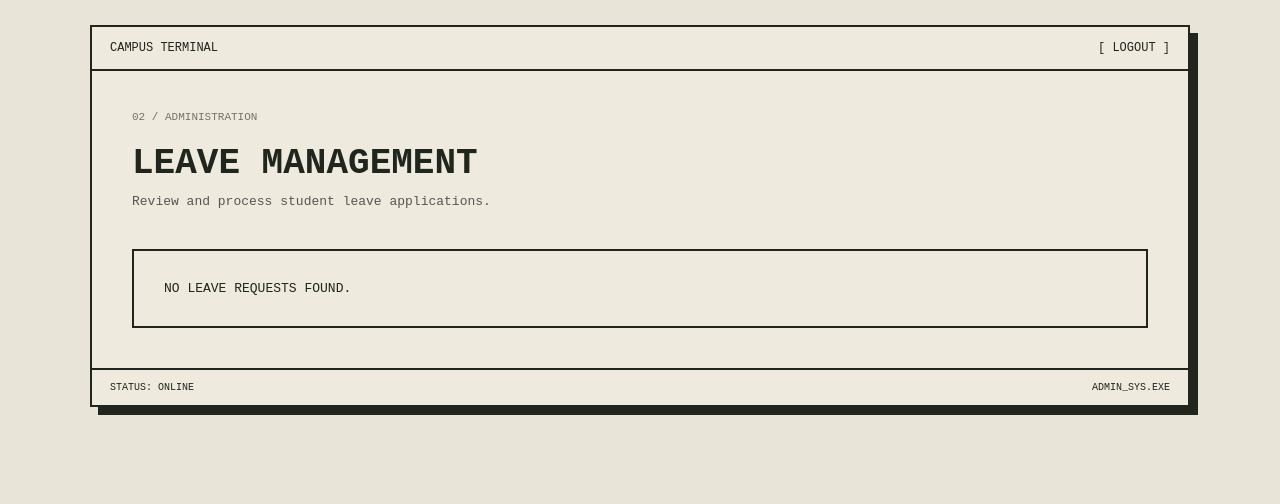
Repository: purrito123/student-register-system
Page: templates/admin_dashboard.html
An editor plug-in stored every save of this project. The page is shown before and after the next save, followed by the edit.
The browser window is 1280 px wide. The pictures show the whole page.
The page is served by the project's application, run on Flask 3 (app.py). The template is opened directly, without the code that normally fills it, so the values that code supplies are empty.

Above is the page before, as saved 2026-08-19 03:34:06.

After the next save:
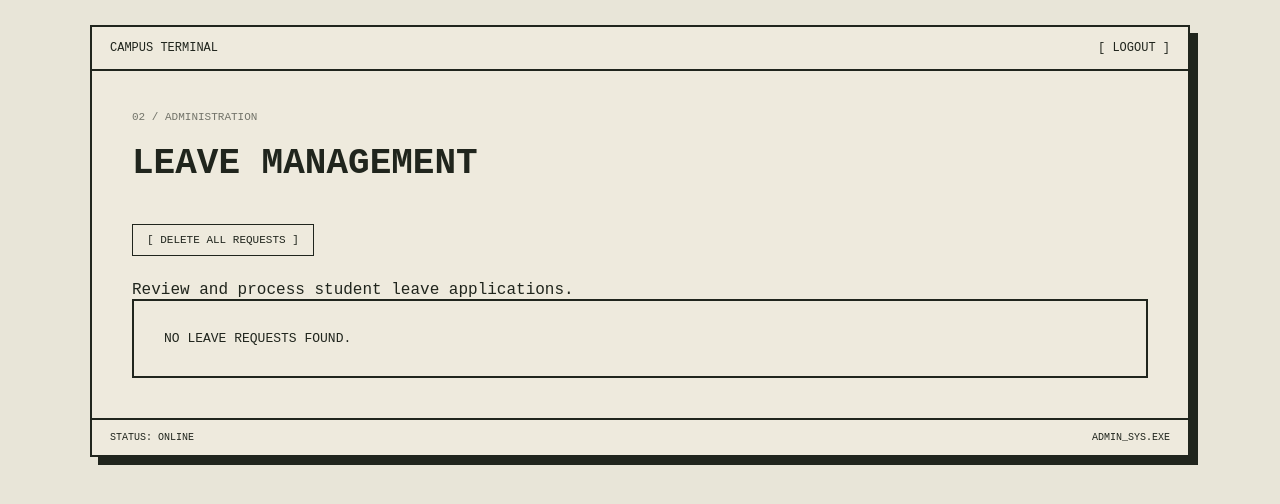
Saved 118 s later.
--- a/templates/admin_dashboard.html
+++ b/templates/admin_dashboard.html
@@ -263,8 +263,24 @@
 
 
             <p class="subtitle">
+                <form
+    method="POST"
+    action="/delete-all-leaves"
+    onsubmit="return confirm('Delete ALL leave requests? This cannot be undone.');"
+    style="margin-bottom: 25px;"
+>
+
+    <button
+        type="submit"
+        class="button"
+    >
+        [ DELETE ALL REQUESTS ]
+    </button>
+
+</form>
                 Review and process student leave applications.
             </p>
+
 
 
             {% if leaves %}
